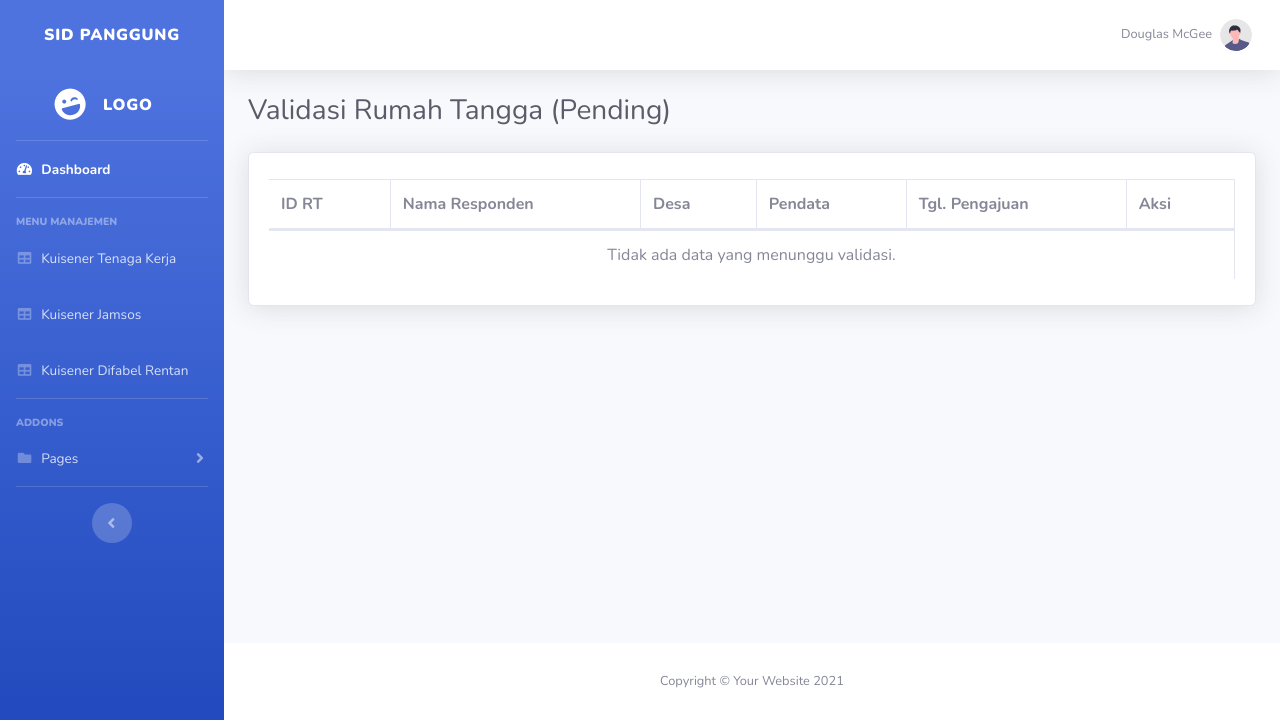
Repository: rusmn06/webpanggung
Page: http://localhost/admin/tenagakerja
An editor plug-in stored every save of this project. The page is shown before and after the next save, followed by the edit.
The browser window is 1280 px wide. The pictures show the whole page.
The page is served by the project's Laravel application, run on PHP 8.4 with Laravel 12. A made-up administrator, Test User (test@example.com), is signed in. Other server files are loaded and not shown. Queries for data that is not in the repository find no rows.

Above is the page before, as saved 2025-05-25 10:14:14.
Console error: TypeError: Cannot set properties of undefined (setting '_DT_CellIndex')

### app/Models/User.php
<?php

namespace App\Models;

use Illuminate\Database\Eloquent\Factories\HasFactory;
use Illuminate\Foundation\Auth\User as Authenticatable;
use Illuminate\Notifications\Notifiable;

class User extends Authenticatable
{
    use HasFactory, Notifiable;

    protected $fillable = [
        'name',
        'username',
        'password',
        'role',
    ];

    protected $hidden = [
        'password',
        'remember_token',
    ];

    protected $casts = [
        'password' => 'hashed',
    ];

    public function isAdmin()
    {
        return $this->role === 'admin';
    }

    public function isUser()
    {
        return $this->role === 'user';
    }
}

### app/Http/Controllers/Admin/TenagaKerjaVerifController.php
<?php

namespace App\Http\Controllers\Admin;

use App\Http\Controllers\Controller;
use Illuminate\Http\Request;
use App\Models\RumahTangga; // <-- Ganti ke RumahTangga
// Hapus TenagaKerja jika tidak dipakai lagi
// use App\Models\TenagaKerja;
use Illuminate\Support\Facades\Auth;
use Illuminate\Support\Facades\Storage; // <-- Tambahkan untuk handle TTD lama

class TenagaKerjaVerifController extends Controller
{
    /**
     * Menampilkan daftar Rumah Tangga yang statusnya 'pending'.
     */
    public function index()
    {
        // Ambil data RumahTangga, bukan TenagaKerja
        $items = RumahTangga::where('status_validasi', 'pending')
                            ->orderBy('created_at', 'desc') // Urutkan berdasarkan terbaru
                            ->paginate(15);

        // Ganti view jika perlu, atau pastikan view index bisa handle $items (RumahTangga)
        return view('admin.tkw.index', compact('items'));
    }

    /**
     * Menampilkan detail Rumah Tangga dan anggotanya untuk divalidasi.
     */
    public function show($id)
    {
        // Ambil RumahTangga DENGAN anggotanya (Eager Loading)
        $item = RumahTangga::with('anggotaKeluarga')->findOrFail($id);
        // Ganti view jika perlu, atau pastikan view show bisa handle $item (RumahTangga)
        return view('admin.tkw.show', compact('item'));
    }

    /**
     * Memproses persetujuan (approve) data Rumah Tangga.
     */
    public function approve(Request $request, $id)
    {
        $item = RumahTangga::findOrFail($id); // Ambil RumahTangga

        // Validasi input admin
        $data = $request->validate([
            'admin_tgl_validasi'     => 'required|date',
            'admin_nama_kepaladusun' => 'required|string|max:100', // Ganti max:100
            'admin_ttd_pendata'      => 'nullable|image|mimes:jpeg,png,jpg|max:2048',
        ]);

        // Handle upload TTD Admin
        if ($request->hasFile('admin_ttd_pendata')) {
            // Hapus TTD lama jika ada
            if ($item->admin_ttd_pendata) {
                Storage::disk('public')->delete('ttd/' . $item->admin_ttd_pendata); // Sesuaikan path jika perlu
            }
            $path = $request->file('admin_ttd_pendata')->store('ttd/admin', 'public'); // Simpan ke folder admin
            $data['admin_ttd_pendata'] = basename($path);
        }

        // Set status dan ID admin
        $data['status_validasi'] = 'validated';
        // $data['admin_id']        = Auth::id(); // Pastikan kamu punya kolom admin_id jika perlu

        // Update data RumahTangga
        $item->update($data);

        return redirect()
            ->route('admin.tkw.index')
            ->with('success', 'Data rumah tangga #'.$id.' berhasil divalidasi!');
    }

    /**
     * Menandai data Rumah Tangga sebagai ditolak (reject).
     */
    public function reject($id)
    {
        $item = RumahTangga::findOrFail($id); // Ambil RumahTangga
        $item->update(['status_validasi' => 'rejected']); // Update statusnya

        return redirect()->route('admin.tkw.index')
                         ->with('warning', 'Data rumah tangga #'.$id.' ditolak.');
    }
}

### app/Models/RumahTangga.php
<?php

namespace App\Models;

use Illuminate\Database\Eloquent\Factories\HasFactory;
use Illuminate\Database\Eloquent\Model;
use Illuminate\Database\Eloquent\Casts\Attribute;

class RumahTangga extends Model
{
    use HasFactory;

    protected $table = 'fm_rumah_tangga';

    // $fillable, $casts, dan relasi
    protected $fillable = [
        'provinsi', 'kabupaten', 'kecamatan', 'desa', 'rt', 'rw',
        'tgl_pembuatan', 'nama_pendata', 'nama_responden',
        'jart', 'jart_ab', 'jart_tb', 'jart_ms', 'jpr2rtp',
        'verif_tgl_pembuatan', 'verif_nama_pendata', 'ttd_pendata',
        'status_validasi', 'user_id',
        'admin_tgl_validasi', 'admin_nama_kepaladusun', 'admin_ttd_pendata',
    ];

    protected $casts = [
        'tgl_pembuatan' => 'date',
        'verif_tgl_pembuatan' => 'date',
        'admin_tgl_validasi' => 'date',
    ];

    public function anggotaKeluarga()
    {
        return $this->hasMany(AnggotaKeluarga::class);
    }

    public function user()
    {
        return $this->belongsTo(User::class);
    }

}

### resources/views/admin/tkw/index.blade.php
@extends('layouts.main')

@section('title', 'Daftar Validasi')

@push('styles')
    <link href="{{ asset('template/vendor/datatables/dataTables.bootstrap4.min.css') }}" rel="stylesheet">
@endpush

@section('content')
    <div class="d-sm-flex align-items-center justify-content-between mb-4">
        <h1 class="h3 mb-0 text-gray-800">Validasi Rumah Tangga (Pending)</h1>
    </div>

    <div class="card shadow mb-4">
        <div class="card-body">
            @if(session('success'))
                <div class="alert alert-success">{{ session('success') }}</div>
            @endif
            @if(session('warning'))
                <div class="alert alert-warning">{{ session('warning') }}</div>
            @endif
            <div class="table-responsive">
                <table id="dataTable" class="table table-bordered" width="100%" cellspacing="0">
                    <thead>
                        <tr>
                            <th>ID RT</th> {{-- ID Rumah Tangga --}}
                            <th>Nama Responden</th> {{-- Nama Responden --}}
                            <th>Desa</th> {{-- Desa --}}
                            <th>Pendata</th> {{-- Pendata --}}
                            <th>Tgl. Pengajuan</th> {{-- Tanggal Pengajuan --}}
                            <th>Aksi</th>
                        </tr>
                    </thead>
                    <tbody>
                        @forelse($items as $item) {{-- $items sekarang adalah RumahTangga --}}
                            <tr>
                                <td>{{ $item->id }}</td>
                                <td>{{ $item->nama_responden }}</td>
                                <td>{{ $item->desa }}</td>
                                <td>{{ $item->nama_pendata }}</td>
                                <td>{{ \Carbon\Carbon::parse($item->tgl_pembuatan)->isoFormat('DD MMM YYYY') }}</td>
                                <td>
                                    {{-- Link tetap ke show, tapi sekarang ID-nya adalah ID RumahTangga --}}
                                    <a href="{{ route('admin.tkw.show', $item->id) }}"
                                       class="btn btn-sm btn-primary">
                                        <i class="fas fa-eye"></i> Lihat &amp; Validasi
                                    </a>
                                </td>
                            </tr>
                        @empty
                            <tr>
                                <td colspan="6" class="text-center">Tidak ada data yang menunggu validasi.</td>
                            </tr>
                        @endforelse
                    </tbody>
                </table>
                {{-- Tampilkan pagination jika ada --}}
                @if($items->count() > 0)
                  {{ $items->links() }}
                @endif
            </div>
        </div>
    </div>
@endsection

@push('scripts')
    <script src="{{ asset('template/vendor/datatables/jquery.dataTables.min.js') }}"></script>
    <script src="{{ asset('template/vendor/datatables/dataTables.bootstrap4.min.js') }}"></script>
    <script>
        $(document).ready(function() {
            $('#dataTable').DataTable({
                "paging": false, // Matikan paging DataTables jika pakai paging Laravel
                "info": false,   // Matikan info DataTables jika pakai paging Laravel
                "searching": true // Biarkan searching aktif
            });
        });
    </script>
@endpush

### resources/views/layouts/main.blade.php
<!DOCTYPE html>
<html lang="en">
<head>
    <meta charset="utf-8">
    <meta http-equiv="X-UA-Compatible" content="IE=edge">
    <meta name="viewport" content="width=device-width, initial-scale=1, shrink-to-fit=no">
    <title>@yield('title', 'Dashboard')</title>

    <!-- Fonts & Icons -->
    <link href="{{ asset('template/vendor/fontawesome-free/css/all.min.css') }}" rel="stylesheet">
    <link href="https://fonts.googleapis.com/css?family=Nunito:200,300,400,700,900" rel="stylesheet">

    <!-- SB Admin 2 CSS -->
    <link href="{{ asset('template/css/sb-admin-2.min.css') }}" rel="stylesheet">
    @stack('styles')
</head>
<body id="page-top">
    <div id="wrapper">
        @include('layouts.sidebar')
        <div id="content-wrapper" class="d-flex flex-column">
            <div id="content">
                @include('layouts.navbar')
                <div class="container-fluid">
                    @yield('content')
                </div>
            </div>
            @include('layouts.footer')
        </div>
    </div>

    <!-- Scroll to Top-->
    <a class="scroll-to-top rounded" href="#page-top">
        <i class="fas fa-angle-up"></i>
    </a>

    <!-- Logout Modal-->
    <div class="modal fade" id="logoutModal" tabindex="-1" role="dialog" aria-labelledby="exampleModalLabel"
        aria-hidden="true">
        <div class="modal-dialog" role="document">
            <div class="modal-content">
                <div class="modal-header">
                    <h5 class="modal-title" id="exampleModalLabel">Ready to Leave?</h5>
                    <button class="close" type="button" data-dismiss="modal" aria-label="Close">
                        <span aria-hidden="true">×</span>
                    </button>
                </div>
                <div class="modal-body">Select "Logout" below if you are ready to end your current session.</div>
                <div class="modal-footer">
                    <button class="btn btn-secondary" type="button" data-dismiss="modal">Cancel</button>
                    <a class="btn btn-primary" href="login.html">Logout</a>
                </div>
            </div>
        </div>
    </div>

    <!-- JS -->
    <script src="{{ asset('template/vendor/jquery/jquery.min.js') }}"></script>
    <script src="{{ asset('template/vendor/bootstrap/js/bootstrap.bundle.min.js') }}"></script>
    <script src="{{ asset('template/vendor/jquery-easing/jquery.easing.min.js') }}"></script>
    <script src="{{ asset('template/js/sb-admin-2.min.js') }}"></script>
    @stack('scripts')
</body>
</html>

### resources/views/layouts/sidebar.blade.php
<ul class="navbar-nav bg-gradient-primary sidebar sidebar-dark accordion" id="accordionSidebar">

            <!-- Sidebar - Brand -->
            <a class="sidebar-brand d-flex align-items-center justify-content-center" href="/dashboard">
                <div class="sidebar-brand-text mx-3">SID Panggung</div>
            </a>

            <!-- Sidebar - Brand -->
            <a class="sidebar-brand d-flex align-items-center justify-content-center" href="/dashboard">
                <div class="sidebar-brand-icon rotate-n-15">
                    <i class="fas fa-laugh-wink"></i>
                </div>
                <div class="sidebar-brand-text mx-3">LOGO</div>
            </a>

            <!-- Divider -->
            <hr class="sidebar-divider my-0">

            <!-- Nav Item - Dashboard -->
            <li class="nav-item active">
                <a class="nav-link" href="/dashboard">
                    <i class="fas fa-fw fa-tachometer-alt"></i>
                    <span>Dashboard</span></a>
            </li>

            <!-- Divider -->
            <hr class="sidebar-divider">

            <!-- Heading -->
            <div class="sidebar-heading">
                Menu Manajemen
            </div>

            <!-- Nav Item - Kuisener Tenaga Kerja -->
            <li class="nav-item">
                <a class="nav-link" href="/tenagakerja">
                    <i class="fas fa-fw fa-table"></i>
                    <span>Kuisener Tenaga Kerja</span></a>
            </li>

            <!-- Nav Item - Kuisener Jamsos -->
            <li class="nav-item">
                <a class="nav-link" href="/jamsos">
                    <i class="fas fa-fw fa-table"></i>
                    <span>Kuisener Jamsos</span></a>
            </li>

            <!-- Nav Item - Kuisener Difabel Rentan -->
            <li class="nav-item">
                <a class="nav-link" href="/difabelrentan">
                    <i class="fas fa-fw fa-table"></i>
                    <span>Kuisener Difabel Rentan</span></a>
            </li>

            <!-- Divider -->
            <hr class="sidebar-divider">

            <!-- Heading -->
            <div class="sidebar-heading">
                Addons
            </div>

            <!-- Nav Item - Pages Collapse Menu -->
            <li class="nav-item">
                <a class="nav-link collapsed" href="#" data-toggle="collapse" data-target="#collapsePages"
                    aria-expanded="true" aria-controls="collapsePages">
                    <i class="fas fa-fw fa-folder"></i>
                    <span>Pages</span>
                </a>
                <div id="collapsePages" class="collapse" aria-labelledby="headingPages" data-parent="#accordionSidebar">
                    <div class="bg-white py-2 collapse-inner rounded">
                        <h6 class="collapse-header">Login Screens:</h6>
                        <a class="collapse-item" href="login.html">Login</a>
                        <a class="collapse-item" href="register.html">Register</a>
                        <a class="collapse-item" href="forgot-password.html">Forgot Password</a>
                        <div class="collapse-divider"></div>
                    </div>
                </div>
            </li>

            <!-- Divider -->
            <hr class="sidebar-divider d-none d-md-block">

            <!-- Sidebar Toggler (Sidebar) -->
            <div class="text-center d-none d-md-inline">
                <button class="rounded-circle border-0" id="sidebarToggle"></button>
            </div>

        </ul>

### resources/views/layouts/navbar.blade.php
<nav class="navbar navbar-expand navbar-light bg-white topbar mb-4 static-top shadow">

    <!-- Sidebar Toggle (Topbar) -->
    <button id="sidebarToggleTop" class="btn btn-link d-md-none rounded-circle mr-3">
        <i class="fa fa-bars"></i>
    </button>

    <!-- Topbar Navbar -->
    <ul class="navbar-nav ml-auto">

        <!-- Nav Item - Search Dropdown (Visible Only XS) -->
        <li class="nav-item dropdown no-arrow d-sm-none">
            <a class="nav-link dropdown-toggle" href="#" id="searchDropdown" role="button"
                data-toggle="dropdown" aria-haspopup="true" aria-expanded="false">
                <i class="fas fa-search fa-fw"></i>
            </a>
            <!-- Dropdown - Search -->
            <div class="dropdown-menu dropdown-menu-right p-3 shadow animated--grow-in"
                aria-labelledby="searchDropdown">
                <form class="form-inline mr-auto w-100 navbar-search">
                    <div class="input-group">
                        <input type="text" class="form-control bg-light border-0 small"
                            placeholder="Search for..." aria-label="Search"
                            aria-describedby="basic-addon2">
                        <div class="input-group-append">
                            <button class="btn btn-primary" type="button">
                                <i class="fas fa-search fa-sm"></i>
                            </button>
                        </div>
                    </div>
                </form>
            </div>
        </li>

        <!-- Nav Item - User Information -->
        <li class="nav-item dropdown no-arrow">
            <a class="nav-link dropdown-toggle" href="#" id="userDropdown" role="button"
                data-toggle="dropdown" aria-haspopup="true" aria-expanded="false">
                <span class="mr-2 d-none d-lg-inline text-gray-600 small">Douglas McGee</span>
                <img class="img-profile rounded-circle"
                    src="{{ asset('template/img/undraw_profile.svg') }}">
            </a>
            <div class="dropdown-menu dropdown-menu-right shadow animated--grow-in"
                aria-labelledby="userDropdown">
                <a class="dropdown-item" href="#">
                    <i class="fas fa-user fa-sm fa-fw mr-2 text-gray-400"></i>
                    Profile
                </a>
                <a class="dropdown-item" href="#">
                    <i class="fas fa-cogs fa-sm fa-fw mr-2 text-gray-400"></i>
                    Settings
                </a>
                <a class="dropdown-item" href="#">
                    <i class="fas fa-list fa-sm fa-fw mr-2 text-gray-400"></i>
                    Activity Log
                </a>
                <div class="dropdown-divider"></div>

                <!-- Tombol trigger modal logout -->
                <a class="dropdown-item" href="#" data-toggle="modal" data-target="#logoutModal">
                    <i class="fas fa-sign-out-alt fa-sm fa-fw mr-2 text-gray-400"></i>
                    Logout
                </a>
            </div>
        </li>
    </ul>
</nav>

<!-- Modal Logout -->
<div class="modal fade" id="logoutModal" tabindex="-1" role="dialog" aria-labelledby="logoutModalLabel"
    aria-hidden="true">
    <div class="modal-dialog" role="document">
        <div class="modal-content">
            <div class="modal-header">
                <h5 class="modal-title">Yakin ingin logout?</h5>
                <button class="close" type="button" data-dismiss="modal" aria-label="Close">
                    <span aria-hidden="true">×</span>
                </button>
            </div>
            <div class="modal-body">Pilih "Logout" di bawah jika kamu yakin ingin keluar dari sesi ini.</div>
            <div class="modal-footer">
                <button class="btn btn-secondary" type="button" data-dismiss="modal">Batal</button>
                <form id="logout-form" action="{{ route('logout') }}" method="POST" class="d-inline">
                    @csrf
                    <button class="btn btn-primary" type="submit">Logout</button>
                </form>
            </div>
        </div>
    </div>
</div>

Loaded but not shown: app/Providers/AppServiceProvider.php (common file); app/Http/Controllers/Controller.php (common file); resources/views/layouts/footer.blade.php (common file); public/template/css/sb-admin-2.min.css (library); public/template/js/sb-admin-2.min.js (common file); public/template/img/undraw_profile.svg (38 lines, source omitted); routes/web.php (134 lines, source omitted)

After the next save:
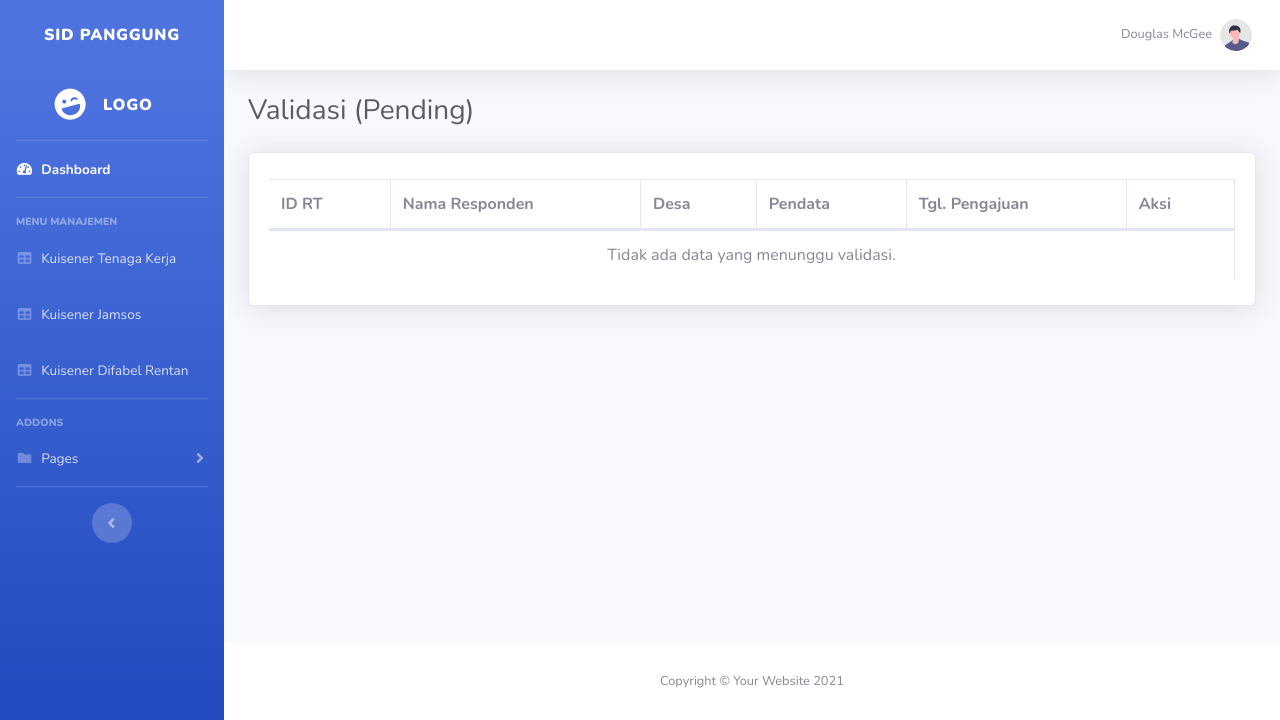
Saved 37 s later.
--- a/resources/views/admin/tkw/index.blade.php
+++ b/resources/views/admin/tkw/index.blade.php
@@ -8,7 +8,7 @@
 
 @section('content')
     <div class="d-sm-flex align-items-center justify-content-between mb-4">
-        <h1 class="h3 mb-0 text-gray-800">Validasi Rumah Tangga (Pending)</h1>
+        <h1 class="h3 mb-0 text-gray-800">Validasi (Pending)</h1>
     </div>
 
     <div class="card shadow mb-4">
